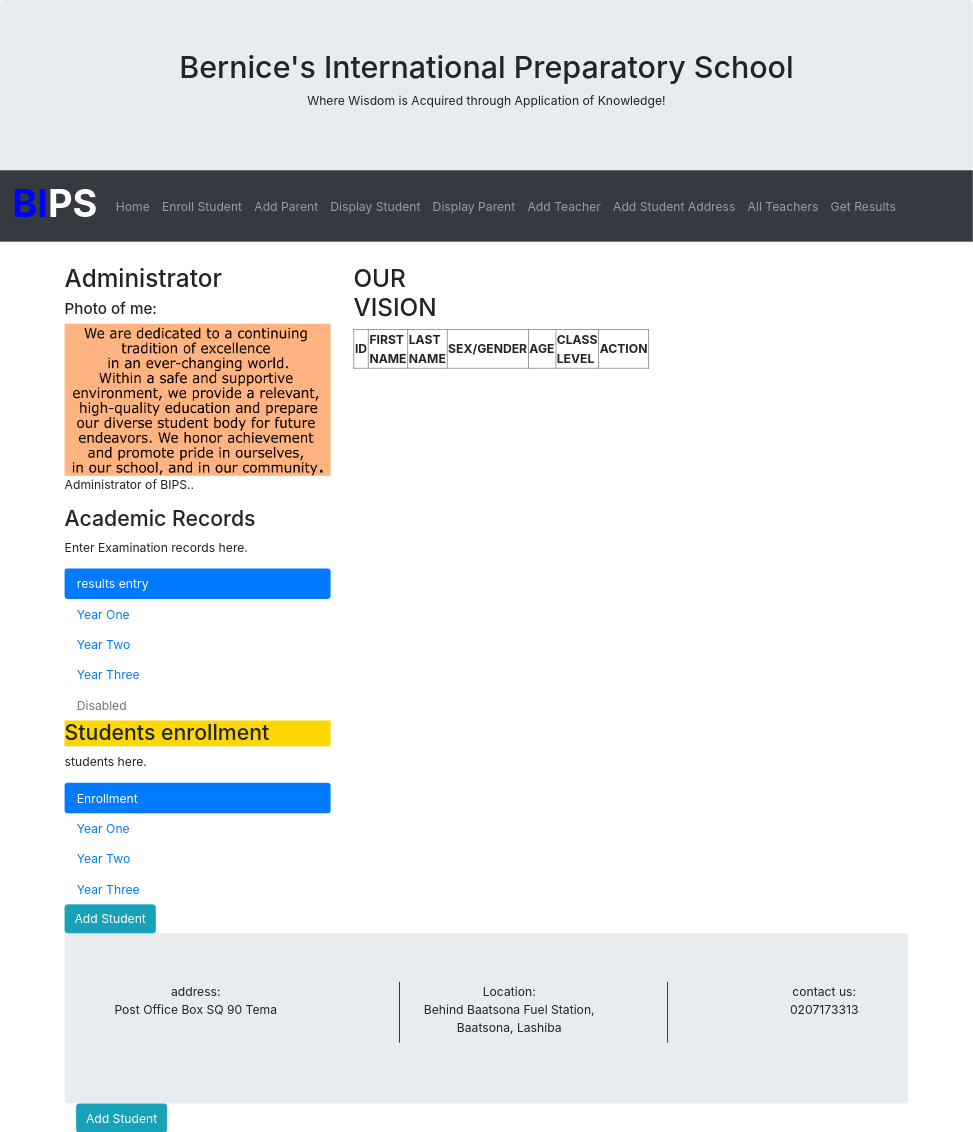
Repository: joseackah/eclipse-workspace
Page: http://localhost/com.school.mgt.system.Front.End/WEB-INF/views/adminHomePageExample2.jsp
These files come from the project's save history. The page is drawn as it stood at one moment and after the next save; the edit follows.
The browser window is 1280 px wide. The pictures show the whole page, at 76% of full size.
The page is served by Tomcat 9. Nobody is signed in. The template is opened directly, without the code that normally fills it, so the values that code supplies are empty.

Above is the page before, as saved 2021-08-15 23:12:39.

After the next save:
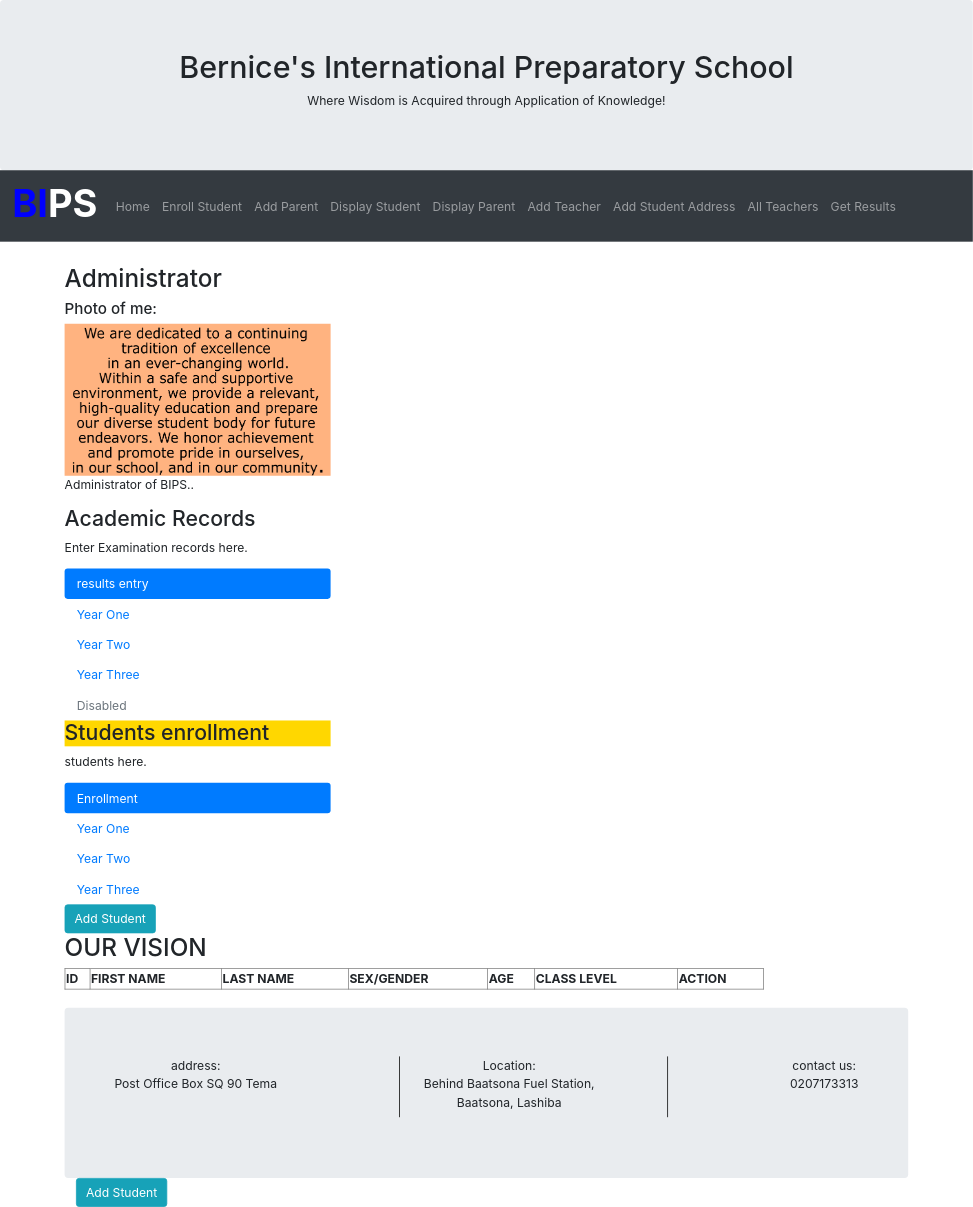
Saved 21 s later.
--- a/com.school.mgt.system.Front.End/src/main/webapp/WEB-INF/views/adminHomePageExample2.jsp
+++ b/com.school.mgt.system.Front.End/src/main/webapp/WEB-INF/views/adminHomePageExample2.jsp
@@ -127,7 +127,7 @@
 			</div>
 
 			<!-- mission start here -->
-			<div class="col-lg-2">
+			<div class="col-lg-10">
 				<h2>OUR VISION</h2>
 
 				<table border="1" id="name" style="width: 100%;">
